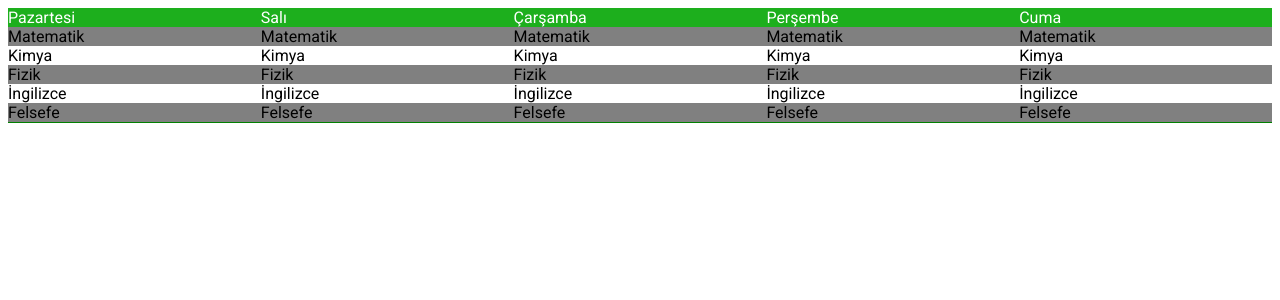
Repository: ahmetbugraozcan/css-ders-programi
Page: deneme.html
These files come from the project's save history. The page is drawn as it stood at one moment and after the next save; the edit follows.
The browser window is 1280 px wide. The pictures show the whole page.

Above is the page before, as saved 2021-07-10 09:36:23.

### deneme.html
<!DOCTYPE html>
<html lang="en">

<head>
    <link href='http://fonts.googleapis.com/css?family=Roboto' rel='stylesheet' type='text/css'>

    <meta charset="UTF-8">
    <meta http-equiv="X-UA-Compatible" content="IE=edge">
    <meta name="viewport" content="width=device-width, initial-scale=1.0">
    <title>Document</title>
</head>
<style>

body {
          font-family: 'Roboto', sans-serif;

        }

    header {
        background-color: rgb(29, 175, 29);
        color: white;
    }

    header,
    .row {
        display: flex;
        /* aligns all child elements (flex items) in a row */
    }

    .col :nth-of-type(odd){
        background-color:grey ;
    }
    .col :last-child {
        border-bottom: 1px solid green;
    }

    .col {
        flex: 1;
        /* distributes space on the line equally among items */
    }
    .col > div ,{
        padding: 5px;
    }
</style>

<body>

    <header>
        <div class="col">Pazartesi</div>
        <div class="col">Salı</div>
        <div class="col">Çarşamba</div>
        <div class="col">Perşembe</div>
        <div class="col">Cuma</div>
    </header>
    <div class="row">
        <div class="col">
            <div>Matematik</div>
            <div>Kimya</div>
            <div>Fizik</div>
            <div>İngilizce</div>
            <div>Felsefe</div>
        </div>
        <div class="col"><div>Matematik</div><div>Kimya</div>
            <div>Fizik</div>
            <div>İngilizce</div>
            <div>Felsefe</div>
        </div>
        <div class="col"><div>Matematik</div>
            <div>Kimya</div>
            <div>Fizik</div>
            <div>İngilizce</div>
            <div>Felsefe</div>
        </div>
        <div class="col"><div>Matematik</div><div>Kimya</div>
            <div>Fizik</div>
            <div>İngilizce</div>
            <div>Felsefe</div>
        </div>
        <div class="col"><div>Matematik</div>
            <div>Kimya</div>
            <div>Fizik</div>
            <div>İngilizce</div>
            <div>Felsefe</div>
        </div>
    </div>
</body>

</html>

After the next save:
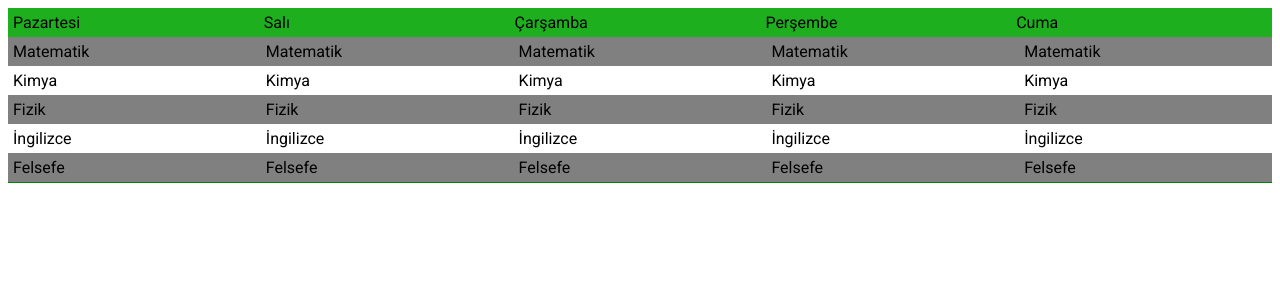
Saved 19 s later.
--- a/deneme.html
+++ b/deneme.html
@@ -17,8 +17,9 @@ body {
         }
 
     header {
+        padding: 5px;
         background-color: rgb(29, 175, 29);
-        color: white;
+        color: white,
     }
 
     header,
@@ -38,7 +39,7 @@ body {
         flex: 1;
         /* distributes space on the line equally among items */
     }
-    .col > div ,{
+    .col > div {
         padding: 5px;
     }
 </style>
